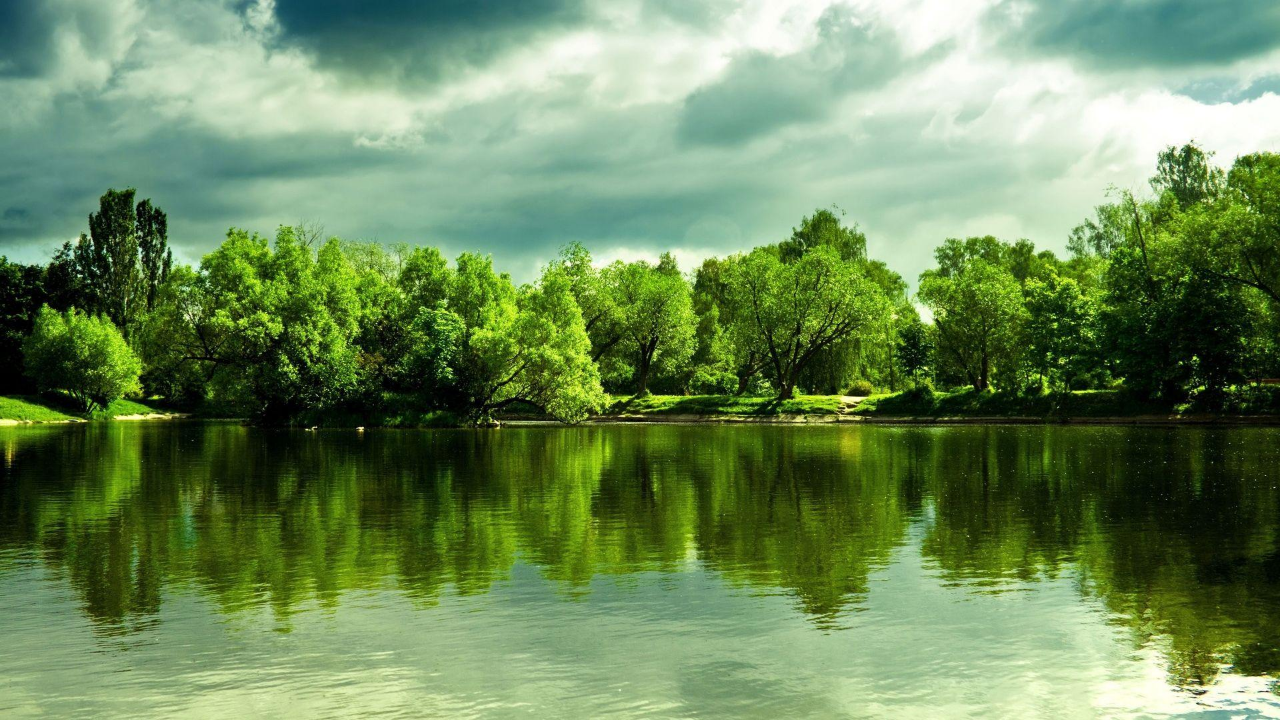
Repository: KevinUd2014/Kn222gn-laborations-Repo-1dv403
Page: 5-PWD-Projektet/Index.html
The author's editor kept a record of every edit. The page is drawn from the files as they stood at one moment, then again after the next edit.
The browser window is 1280 px wide. The pictures show the whole page.

Above is the page before.

After the next edit:
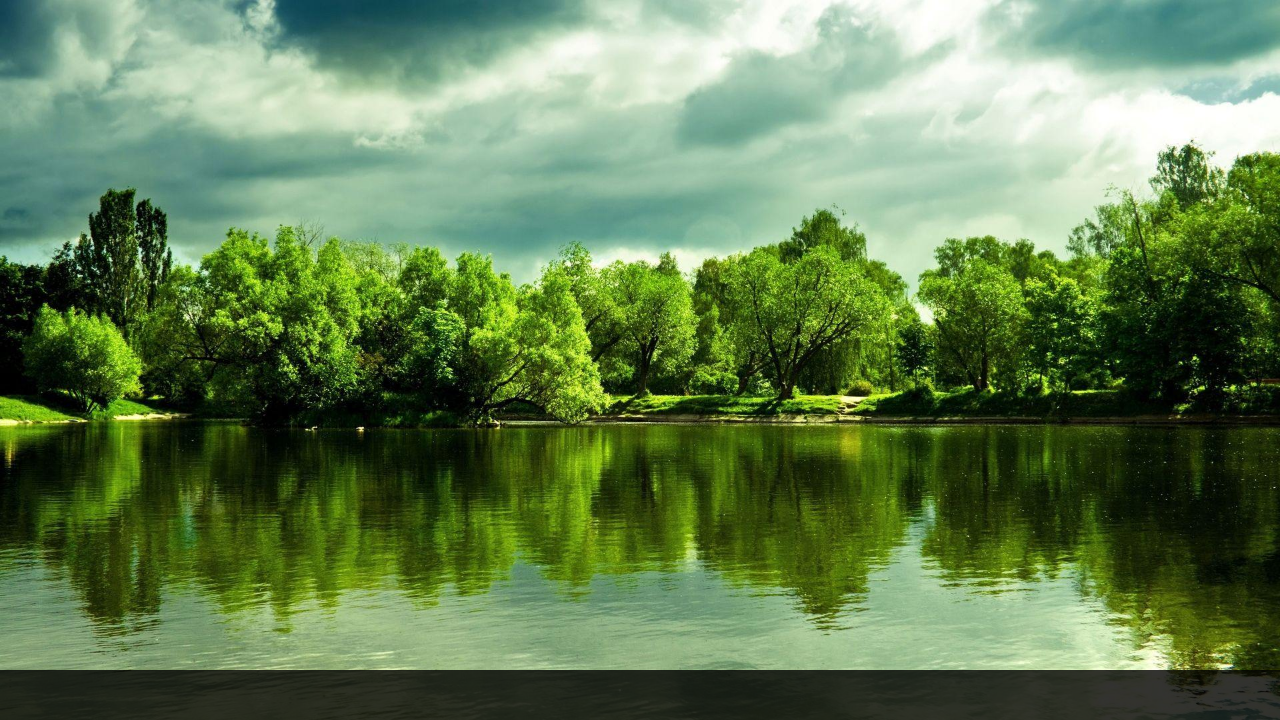
The edit:
--- a/5-PWD-Projektet/Index.html
+++ b/5-PWD-Projektet/Index.html
@@ -34,7 +34,7 @@
                 </div>
 
 
-            <!--</template>-->
+            </template>
 
             </div>
 
